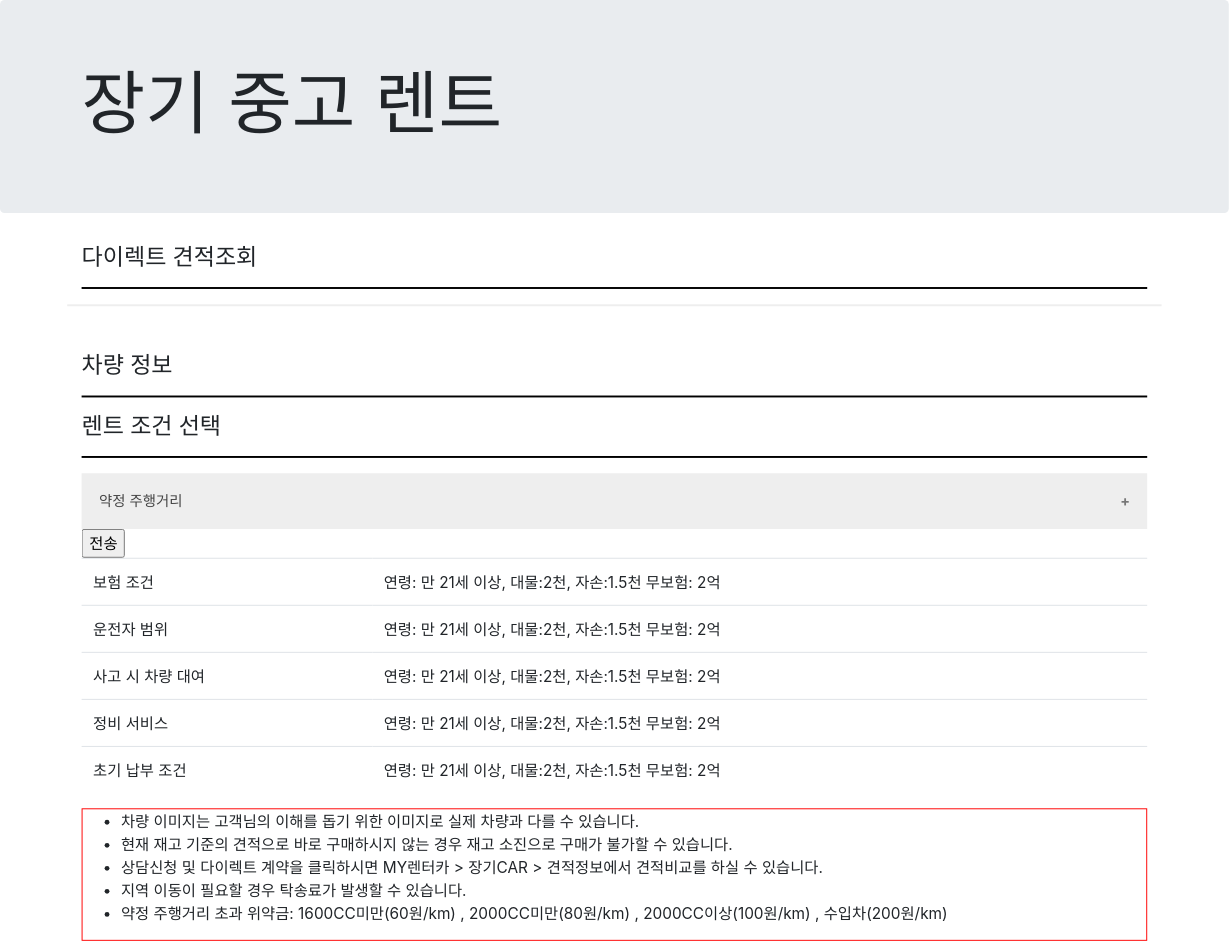
Repository: hyebinkim00/Project
Page: http://localhost/jsp/long_lent_oldcar/carLent.jsp
The author's editor kept a copy of each file at every save. The page is drawn from the files as they stood at one save, then again after the next save.
The browser window is 1280 px wide. The pictures show the whole page, at 96% of full size.
The page is served by Tomcat 9. Other server files are loaded and not shown. Queries for data that is not in the repository find no rows.

Above is the page before, as saved 2020-09-15 08:56:17.

### jsp/WebContent/long_lent_oldcar/carLent.jsp
<%@page import="java.net.URLDecoder"%>
<%@page language="java" contentType="text/html; charset=UTF-8" pageEncoding="UTF-8"%>
<%@taglib prefix="c" uri="http://java.sun.com/jsp/jstl/core" %>
<%@taglib prefix="sql" uri="http://java.sun.com/jsp/jstl/sql"  %>
<% request.setCharacterEncoding("utf-8");
//URLEncoder.encode

String carname=request.getParameter("carname");
/* String carname = new String(request.getParameter("carname").getBytes("8859_1"), "EUC-KR"); */

%>

<!DOCTYPE html>
<html>
<head>
<meta name="viewport" content="width=device-width, initial-scale=1">
<style>
.accordion {
  background-color: #eee;
  color: #444;
  cursor: pointer;
  padding: 18px;
  width: 100%;
  border: none;
  text-align: left;
  outline: none;
  font-size: 15px;
  transition: 0.4s;
}

.active, .accordion:hover {
  background-color: #ccc;
}

.accordion:after {
  content: '\002B';
  color: #777;
  font-weight: bold;
  float: right;
  margin-left: 5px;
}

.active:after {
  content: "\2212";
}

.panel {
  padding: 0 18px;
  background-color: white;
  max-height: 0;
  overflow: hidden;
  transition: max-height 0.2s ease-out;
}

div.f{
border: 1px solid red;}
</style>
<link rel="stylesheet" href="../resources/css/bootstrap.min.css" />
<meta charset="UTF-8" />
<title>장기 중고 상세</title>
<script src="https://code.jquery.com/jquery-3.5.1.min.js"></script>
<script src="https://ajax.googleapis.com/ajax/libs/jquery/3.5.1/jquery.min.js"></script>

</head>
<body>
<script type="text/javascript">

		function checkTest1() {

			let testValue = document.getElementById("cntrTermMm1").value;

			document.getElementById("result1").innerHTML = testValue;

		}
</script>

<script type="text/javascript">

		function checkTest2() {

			let testValue = document.getElementById("cntrTermMm2").value;

			document.getElementById("result2").innerHTML = testValue;

		}
</script>

	<div class="jumbotron">
		<div class="container">
			<h1 class="display-3">장기 중고 렌트</h1>
		</div>
	</div>

<div class="container">
<h4>다이렉트 견적조회</h4>
<hr style="border: solid 1px black " />

	<div class="row" style="border: 1px solid #eeeeee">
		<sql:setDataSource var="dataSource"
			url="jdbc:oracle:thin:@localhost:1521:XE"
			driver="oracle.jdbc.driver.OracleDriver"
			user="hr" password="hr"/>
			<sql:query var="resultSet" dataSource="${dataSource}">
			select * from member where id=?
			 <sql:param value="${param.carname}"/>
			</sql:query>
			<c:forEach var="row" items="${resultSet.rows}">
			<div class="col-md-5" style="border-spacing: 5px;">

				<img src="../resources/images/${row.carname}.jpg" style="width: 100%;">
			</div>
			<div class="col-md-1">

			</div>
			<div class="col-md-6">
				<br><br>


				<h3>
				<c:out value="${row.carname}"/>
				</h3>

				<hr>
				<table>
					<tr>
						<td colspan="2"><span><strong>모델명</strong></span></td>
						<td>올 뉴모닝 1.0[가솔린]VAN</td>
					</tr>
					<tr>
						<td colspan="2"><span><strong>소비자 가</strong></span>  &nbsp; &nbsp; &nbsp;</td>
						<td>10,700,000 원</td>
					</tr>
					<tr>
						<td colspan="2"><span><strong>계약 기간</strong></span></td>
						<td>최대11개월</td>
					</tr>
				</table>
				<hr>
				<p>
					표준렌탈료 &nbsp; &nbsp; &nbsp; <font size="5" color="red"> 280,000</font>원
				</p>

			</div>
			</c:forEach>
		</div>



		<div>
		<br><br>
			<h4>차량 정보</h4>
			<hr style="border: solid 1px black " />
			<div>
			<sql:query var="resultSet" dataSource="${dataSource}">
			select * from member where id=?
			 <sql:param value="${param.carname}"/>
			</sql:query>
			<c:forEach var="row" items="${resultSet.rows}">
				<table class="table" id="table">
					<tr>
						<th class="bg-light text-dark">제조사</th>
						<td><c:out value="${row.facname}"></c:out></td>
						<th class="bg-light text-dark">차량번호</th>
						<td><c:out value="${row.id}"></c:out></td>
					</tr>
					<tr>
						<th class="bg-light text-dark">차종</th>
						<td><c:out value="${row.carnum}"></c:out></td>
						<th class="bg-light text-dark">최초 등록일</th>
						<td>2017-10-18</td>
					</tr>
					<tr>
						<th class="bg-light text-dark">모델명</th>
						<td colspan="3">올 뉴모닝 1.0[가솔린]VAN</td>
					</tr>
					<tr>
						<th class="bg-light text-dark">제조사차량옵션</th>
						<td colspan="3">4단자동변속기</td>
					</tr>
					<tr>
						<th class="bg-light text-dark" >제조사차량옵션2</th>
						<td colspan="3">-</td>
					</tr>
					<tr>
						<th class="bg-light text-dark">주행거리</th>
						<td>62,256 km</td>
						<th class="bg-light text-dark">연료</th>
						<td>휘발유</td>
					</tr>
					<tr>
						<th class="bg-light text-dark">배기량</th>
						<td>1,000 cc</td>
						<th class="bg-light text-dark">색상</th>
						<td>스파클링실버</td>
					</tr>
					<tr>
						<th class="bg-light text-dark">지역</th>
						<td colspan="3"></td>
					</tr>
				</table>
				</c:forEach>
			</div>
		</div>

<div>
<h4> 렌트 조건 선택 </h4>
<hr style="border: solid 1px black " />


<form action="NewFile.jsp" method="post">
<div class="panel"><span>차량 운행할수 있는 총 대여기간: &nbsp; &nbsp; &nbsp; &nbsp;</span>
<select name="cntrTermMm" id="cntrTermMm1" class="option01" >
<option value="1개월">1개월</option>
<option value="2개월">2개월</option>
<option value="3개월">3개월</option>
<option value="4개월">4개월</option>
<option value="5개월">5개월</option></select>
</div>

<button class="accordion">약정 주행거리  <span id="result2"></span></button>
<div class="panel"><span>계약기간 총 주행거리 초과 시 위약금 발생   </span>
<select  name="cntrTermMm" id="cntrTermMm2" class="option01" onchange="checkTest2()" >
<option value="월 2천 Km이하">월 2천 Km이하</option>
<option value="월 3천 Km이하">월 3천 Km이하</option>
<option value="월 4천 Km이하">월 4천 Km이하</option>
</select>
</div>

<input type="submit" value="전송">
</form>
</div>


<table class="table talbe-hover">
<tr><td>보험 조건</td><td>연령: 만 21세 이상, 대물:2천, 자손:1.5천 무보험: 2억</td></tr>
<tr><td>운전자 범위</td><td>연령: 만 21세 이상, 대물:2천, 자손:1.5천 무보험: 2억</td></tr>
<tr><td>사고 시 차량 대여</td><td>연령: 만 21세 이상, 대물:2천, 자손:1.5천 무보험: 2억</td></tr>
<tr><td>정비 서비스</td><td>연령: 만 21세 이상, 대물:2천, 자손:1.5천 무보험: 2억</td></tr>
<tr><td>초기 납부 조건</td><td>연령: 만 21세 이상, 대물:2천, 자손:1.5천 무보험: 2억</td></tr>
</table>

<div class="f">
<ul>
<li>차량 이미지는 고객님의 이해를 돕기 위한 이미지로 실제 차량과 다를 수 있습니다.</li>
<li>현재 재고 기준의 견적으로 바로 구매하시지 않는 경우 재고 소진으로 구매가 불가할 수 있습니다.</li>
<li>상담신청 및 다이렉트 계약을 클릭하시면 <span class="cl-point2">MY렌터카 &gt; 장기CAR &gt; 견적정보</span>에서 견적비교를 하실 수 있습니다.</li>
<li>지역 이동이 필요할 경우 탁송료가 발생할 수 있습니다.</li>
<li>약정 주행거리 초과 위약금: 1600CC미만(60원/km) , 2000CC미만(80원/km) , 2000CC이상(100원/km) , 수입차(200원/km)</li>
</ul>

</div>




</div>










<script>
var acc = document.getElementsByClassName("accordion");
var i;

for (i = 0; i < acc.length; i++) {
  acc[i].addEventListener("click", function() {
    this.classList.toggle("active");
    var panel = this.nextElementSibling;
    if (panel.style.maxHeight) {
      panel.style.maxHeight = null;
    } else {
      panel.style.maxHeight = panel.scrollHeight + "px";
    }
  });
}
</script>

</body>
</html>

Loaded but not shown: jsp/WebContent/resources/css/bootstrap.min.css (library)

After the next save:
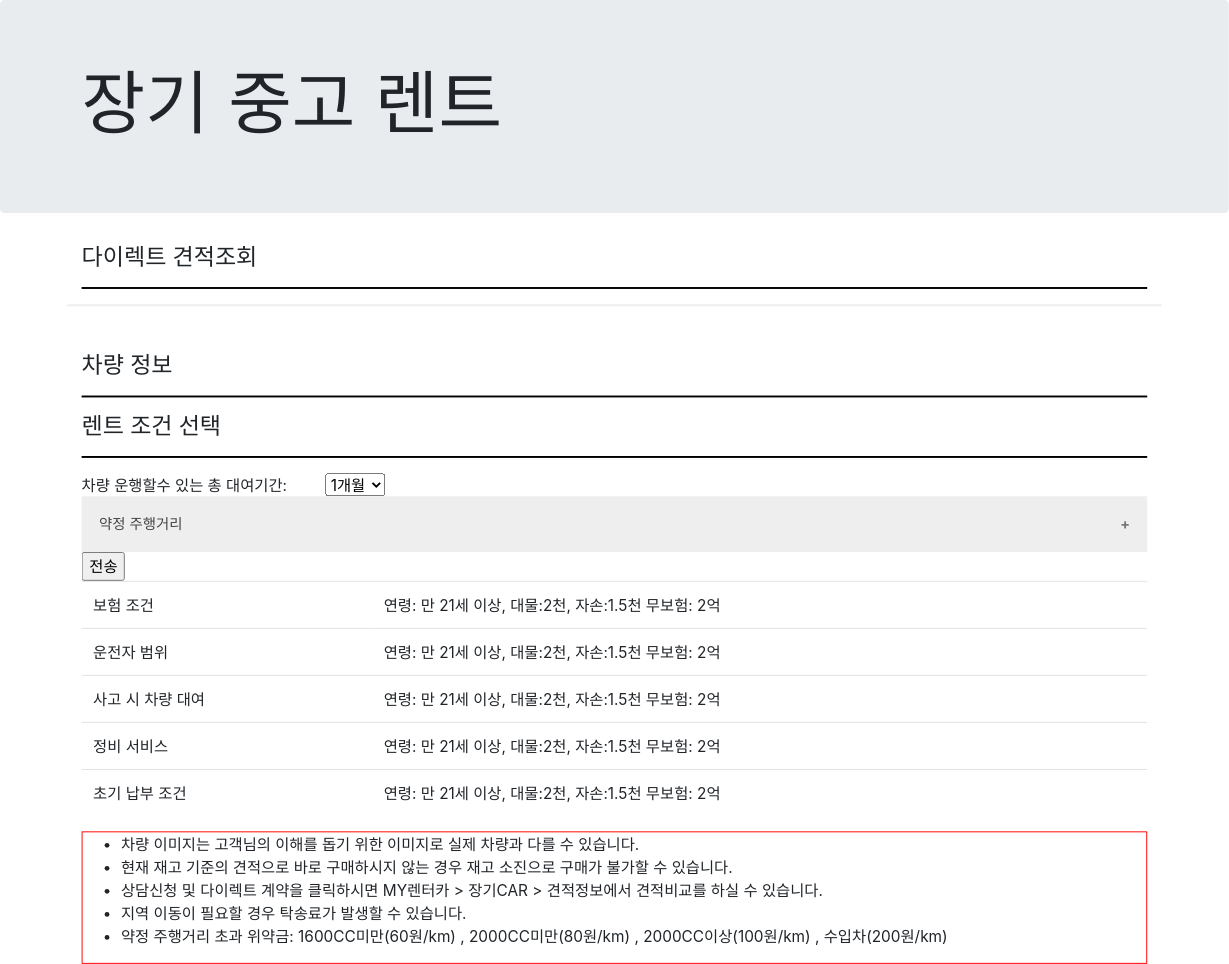
Saved 25 s later.
--- a/jsp/WebContent/long_lent_oldcar/carLent.jsp
+++ b/jsp/WebContent/long_lent_oldcar/carLent.jsp
@@ -208,7 +208,7 @@ border: 1px solid red;}
 
 
 <form action="NewFile.jsp" method="post">
-<div class="panel"><span>차량 운행할수 있는 총 대여기간: &nbsp; &nbsp; &nbsp; &nbsp;</span>
+<div ><span>차량 운행할수 있는 총 대여기간: &nbsp; &nbsp; &nbsp; &nbsp;</span>
 <select name="cntrTermMm" id="cntrTermMm1" class="option01" >
 <option value="1개월">1개월</option>
 <option value="2개월">2개월</option>
